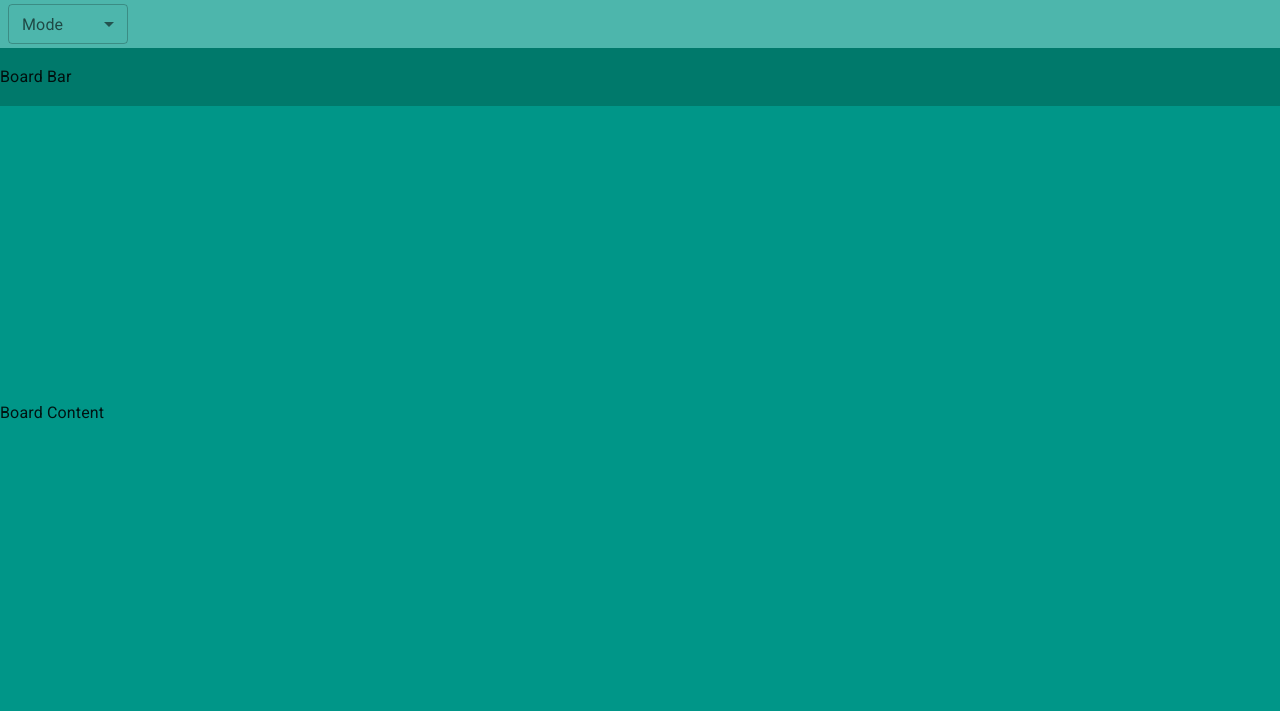
Repository: VoPhamKhanhTruong/trello-web
Page: /
An editor plug-in stored every save of this project. The page is shown before and after the next save, followed by the edit.
The browser window is 1280 px wide. The pictures show the whole page.
The project was rebuilt for these pictures with package versions that can differ from the ones it lists, and the page was loaded fresh each time. Also part of the build but not shown: vite.config.js.

Above is the page before, as saved 2024-08-07 18:53:57.

### index.html
<!DOCTYPE html>
<html lang="en">
  <head>
    <meta charset="UTF-8" />
    <link rel="icon" type="image/svg+xml" href="/vite.svg" />
    <meta name="viewport" content="width=device-width, initial-scale=1.0" />
    <title>Trello MERN STACK PRO</title>
    <link rel="preconnect" href="https://fonts.googleapis.com" />
    <link rel="preconnect" href="https://fonts.gstatic.com" crossorigin />
    <link
      rel="stylesheet"
      href="https://fonts.googleapis.com/css2?family=Roboto:wght@300;400;500;700&display=swap"
    />
  </head>
  <body>
    <div id="root"></div>
    <script type="module" src="/src/main.jsx"></script>
  </body>
</html>

### src/main.jsx
import ReactDOM from 'react-dom/client'
import App from './App.jsx'
import CssBaseline from '@mui/material/CssBaseline'
import { Experimental_CssVarsProvider as CssVarsProvider } from '@mui/material/styles'
import theme from './theme'

ReactDOM.createRoot(document.getElementById('root')).render(
  <>
    <CssVarsProvider theme={theme}>
      <CssBaseline />
      <App />
    </CssVarsProvider>
  </>
)

### src/App.jsx
import Board from './pages/Boards/_id'

function App() {
  return (
    <>
      {/* React Router Dom /boards /boards/{board_id} */}
      <Board />
    </>
  )
}

export default App

### src/theme.js
import { cyan, deepOrange, orange, teal } from '@mui/material/colors'
import { experimental_extendTheme as extendTheme } from '@mui/material/styles'

// Create a theme instance.
const theme = extendTheme({
  trello: {
    appBarHeight: '48px',
    boardBarHeight: '58px'
  },
  colorSchemes: {
    light: {
      palette: {
        primary: teal,
        secondary: deepOrange
      }
    },
    dark: {
      palette: {
        primary: cyan,
        secondary: orange
      }
    }
  }
})

export default theme

### src/pages/Boards/_id.jsx
//Board Details
import Container from '@mui/material/Container'
import Box from '@mui/material/Box'
import ModeSelect from '../../components/ModeSelect'

function Board() {
  return (
    <Container disableGutters maxWidth={false} sx={{ height: '100vh' }}>
      <Box sx={{
        backgroundColor: 'primary.light',
        width: '100%',
        height: (theme) => theme.trello.appBarHeight,
        display: 'flex',
        alignItems: 'center'
      }}>
        <ModeSelect />
      </Box>
      <Box sx={{
        backgroundColor: 'primary.dark',
        width: '100%',
        height: (theme) => theme.trello.boardBarHeight,
        display: 'flex',
        alignItems: 'center'
      }}>
        Board Bar
      </Box>
      <Box sx={{
        backgroundColor: 'primary.main',
        width: '100%',
        height: (theme) => `calc(100vh - ${theme.trello.appBarHeight} - ${theme.trello.boardBarHeight})`,
        display: 'flex',
        alignItems: 'center'
      }}>
        Board Content
      </Box>
    </Container>
  )
}

export default Board

### src/components/ModeSelect/index.jsx

import {
  useColorScheme
} from '@mui/material/styles'
import InputLabel from '@mui/material/InputLabel'
import MenuItem from '@mui/material/MenuItem'
import FormControl from '@mui/material/FormControl'
import Select from '@mui/material/Select'
import LightModeIcon from '@mui/icons-material/LightMode'
import DarkModeOutlinedIcon from '@mui/icons-material/DarkModeOutlined'
import SettingsBrightnessIcon from '@mui/icons-material/SettingsBrightness'
import Box from '@mui/material/Box'
import Container from '@mui/material/Container'

function ModeSelect() {
  const { mode, setMode } = useColorScheme()
  const handleChange = (event) => {
    const selectedMode = event.target.value
    setMode(selectedMode)
    // setAge(event.target.value)
  }

  return (
    <FormControl sx={{ m: 1, minWidth: 120 }} size="small">
      <InputLabel id="label-select-dark-light-mode">Mode</InputLabel>
      <Select
        labelId="label-select-dark-light-mode"
        id="select-dark-light-mode"
        value={mode}
        label="Mode"
        onChange={handleChange}
      >
        <MenuItem value="light">
          <Box sx={{ display: 'flex', alignItems: 'center', gap: 1 }}>
            <LightModeIcon fontSize="small"/> Light
          </Box>
        </MenuItem>
        <MenuItem value="dark">
          <Box sx={{ display: 'flex', alignItems: 'center', gap: 1 }}>
            <DarkModeOutlinedIcon fontSize="small" /> Dark
          </Box>
        </MenuItem>
        <MenuItem value="system">
          <Box sx={{ display: 'flex', alignItems: 'center', gap: 1 }}>
            <SettingsBrightnessIcon fontSize="small" /> System
          </Box>
        </MenuItem>
      </Select>
    </FormControl>
  )
}

export default ModeSelect

### src/components/AppBar/index.jsx
import React from 'react'

function AppBar() {
  return (
    <Box sx={{
      backgroundColor: 'primary.light',
      width: '100%',
      height: (theme) => theme.trello.appBarHeight,
      display: 'flex',
      alignItems: 'center'
    }}>
      <ModeSelect />
    </Box>
  )
}

export default AppBar

After the next save:
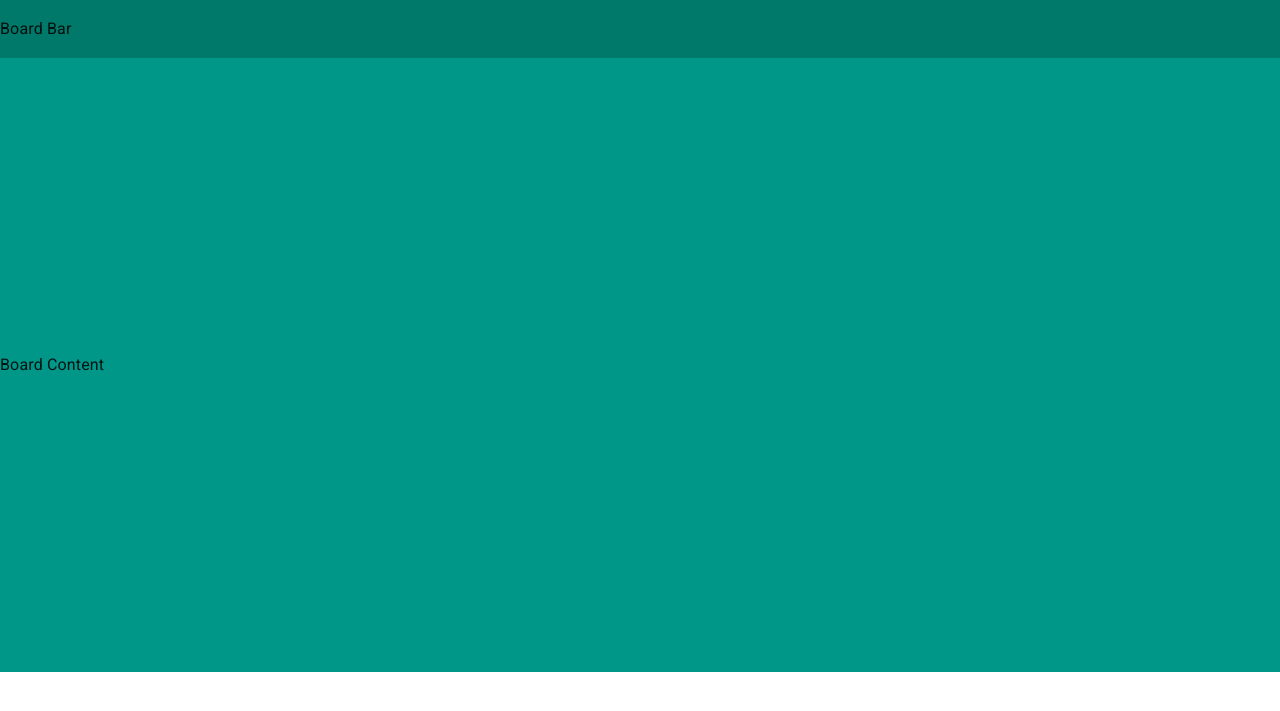
Saved 29 s later.
--- a/src/pages/Boards/_id.jsx
+++ b/src/pages/Boards/_id.jsx
@@ -2,19 +2,12 @@
 import Container from '@mui/material/Container'
 import Box from '@mui/material/Box'
 import ModeSelect from '../../components/ModeSelect'
+import AppBar from '../../components/AppBar/index'
 
 function Board() {
   return (
     <Container disableGutters maxWidth={false} sx={{ height: '100vh' }}>
-      <Box sx={{
-        backgroundColor: 'primary.light',
-        width: '100%',
-        height: (theme) => theme.trello.appBarHeight,
-        display: 'flex',
-        alignItems: 'center'
-      }}>
-        <ModeSelect />
-      </Box>
+
       <Box sx={{
         backgroundColor: 'primary.dark',
         width: '100%',

After the 2 saves that followed:
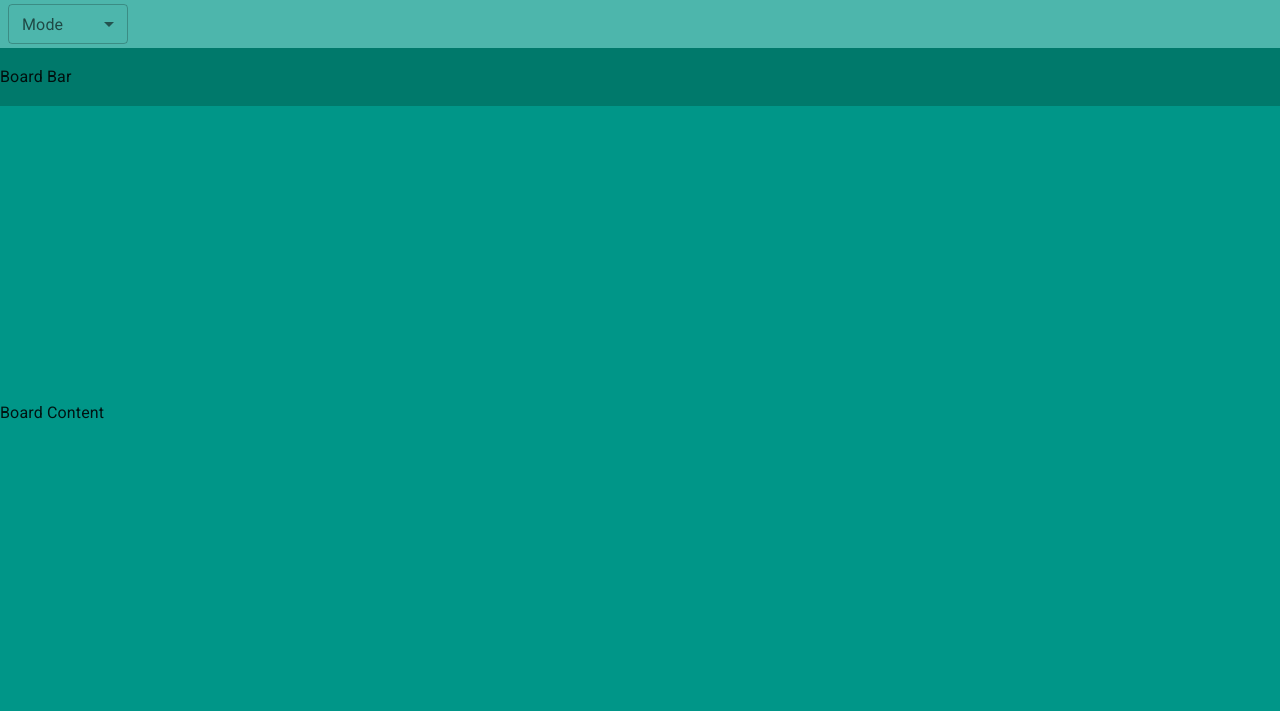
The 2 saves are shown as one change because 1 left the picture as it was.
The last was saved 32 s later.
--- a/src/pages/Boards/_id.jsx
+++ b/src/pages/Boards/_id.jsx
@@ -7,7 +7,7 @@
 function Board() {
   return (
     <Container disableGutters maxWidth={false} sx={{ height: '100vh' }}>
-
+      <AppBar />
       <Box sx={{
         backgroundColor: 'primary.dark',
         width: '100%',
--- a/src/components/AppBar/index.jsx
+++ b/src/components/AppBar/index.jsx
@@ -1,4 +1,5 @@
-import React from 'react'
+import Box from '@mui/material/Box'
+import ModeSelect from '../../components/ModeSelect'
 
 function AppBar() {
   return (
